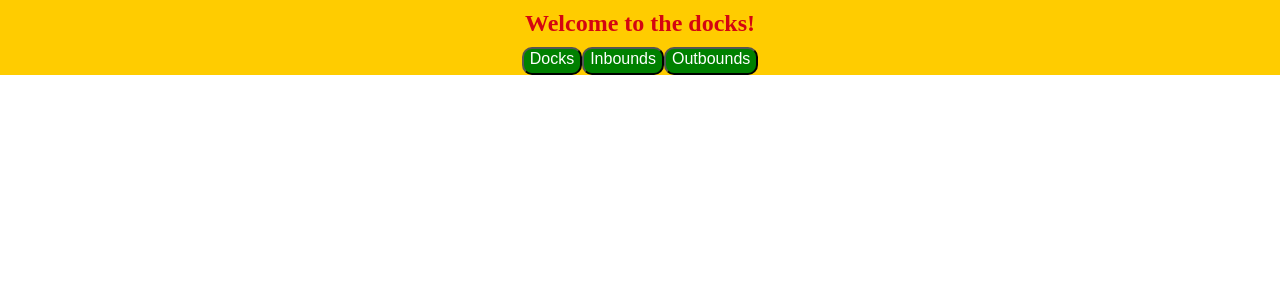
Repository: charliejp0311/java-final-proj
Page: dockWalk-frontend/index.html
These files come from the project's save history. The page is drawn as it stood at one moment and after the next save; the edit follows.
The browser window is 1280 px wide. The pictures show the whole page.
The page's requests for data from a server got no answer.

Above is the page before, as saved 2020-08-27 16:24:43.

### dockWalk-frontend/index.html
<!DOCTYPE html>
<html lang="en" dir="ltr">
    <head>
        <meta charset="utf-8">
        <link rel="stylesheet" href="style.css">
        <title>Dock Walk</title>
    </head>
    <body>
        <header>
            <h2>Welcome to the docks!</h2>
        </header>
        <main id="dock">

        </main>
    </body>
    <script type="application/javascript" src="src/index.js" charset="UTF-8"></script>
    <script type="application/javascript" src="src/dock.js" charset="UTF-8"></script>
</html>

### dockWalk-frontend/style.css
body {
    margin: 0;
    padding: 0;
}

header {
    background-color: #FFCC00;
    color: #D40511;
    text-align: center;
    margin: 0 auto;
    height: 75px;
}

header h2 {
    padding: 10px;
    margin: 0;
}

main {
    display: grid;
    grid-template-columns: 1fr;
    grid-template-rows: auto;
    grid-gap: 20px;
    padding-top: 10px;
    padding-bottom: 30px;
}

div.card {
    background-color: #eeeeee;
    height: 250px;
    width: 300px;
    box-shadow: 10px 10px grey;
    padding: 10px;
    border-radius: 10px;
}

p {
    font-size: 1.5em;
    color: black;
    font-family: Helvetica;
}

li {
    font-size: 1.05em;
    list-style: none;
    padding-right: 20px;
    text-align: center;
}

button {
    font-size: 1em;
    color: #fff;
    background-color: green;
    border-radius: 10px;
    padding-bottom: 5px;
}

button.release {
    float: right;
    background-color: #E1332D;
}

@media only screen and (min-width: 500px) {
    main {
        grid-template-columns: 1fr 1fr;
    }
}

@media only screen and (min-width: 850px) {
    main {
        grid-template-columns: 1fr 1fr 1fr 1fr;
    }
}

### dockWalk-frontend/src/index.js
document.addEventListener("DOMContentLoaded", function () {
    let h = document.getElementsByTagName('header')[0]
    let button1 = document.createElement('button')
    button1.innerText = "Docks"
    button1.addEventListener('click',fetchDocks())
    let button2 = document.createElement('button')
    button2.innerText = "Inbounds"
    let button3 = document.createElement('button')
    button3.innerText = "Outbounds"
    h.appendChild(button1)
    h.appendChild(button2)
    h.appendChild(button3)
});

### dockWalk-frontend/src/dock.js
let dockCard = (sec,ranges)=> {
    let body = document.getElementById('dock')
    let div = document.createElement('div')
    div.className = 'card'
    // div.addEventListener('click',sectionClick())
    div.innerText = sec.attributes.section
    let ul = document.createElement('ul')
    ul.innerText = "Door Ranges"
    for (const rng of ranges) {
        let li = document.createElement('li')
        // li.addEventListener('click',rangeClick())
        li.innerText = rng.attributes.range
        ul.appendChild(li)
    }
    div.appendChild(ul)
    body.appendChild(div)
}


let displayDocks = (docks) => {
    let d = docks.data
    let r = docks.included
    for (const section of d) {
        let rngs = r.filter(rng=>rng.relationships.dock.data.id === section.id)
        dockCard(section,rngs)
    }
}

let fetchDocks = () => {
    return fetch('http://localhost:3000/docks')
    .then(resp => resp.json())
    .then(json=> displayDocks(json))
}

After the next save:
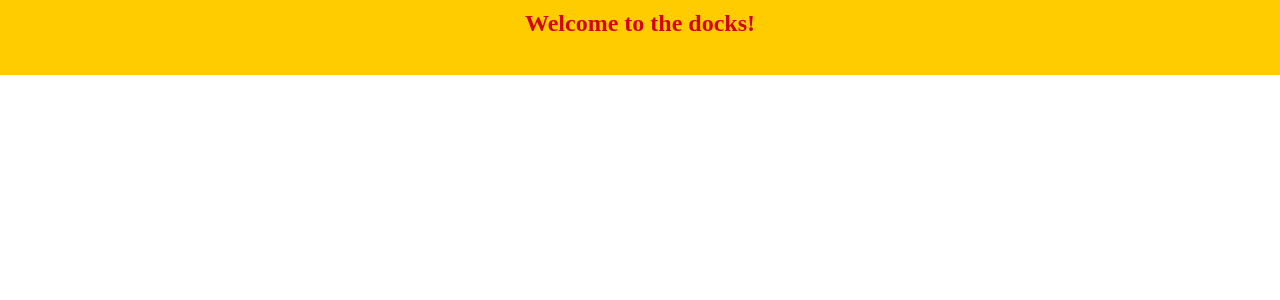
Console error: ReferenceError: fetchInbounds is not defined
Saved 48 s later.
--- a/dockWalk-frontend/src/index.js
+++ b/dockWalk-frontend/src/index.js
@@ -4,8 +4,10 @@
     button1.innerText = "Docks"
     button1.addEventListener('click',fetchDocks())
     let button2 = document.createElement('button')
+    button2.addEventListener('click',fetchInbounds())
     button2.innerText = "Inbounds"
     let button3 = document.createElement('button')
+    button3.addEventListener('click',fetchOutbounds())
     button3.innerText = "Outbounds"
     h.appendChild(button1)
     h.appendChild(button2)

After the save that followed:
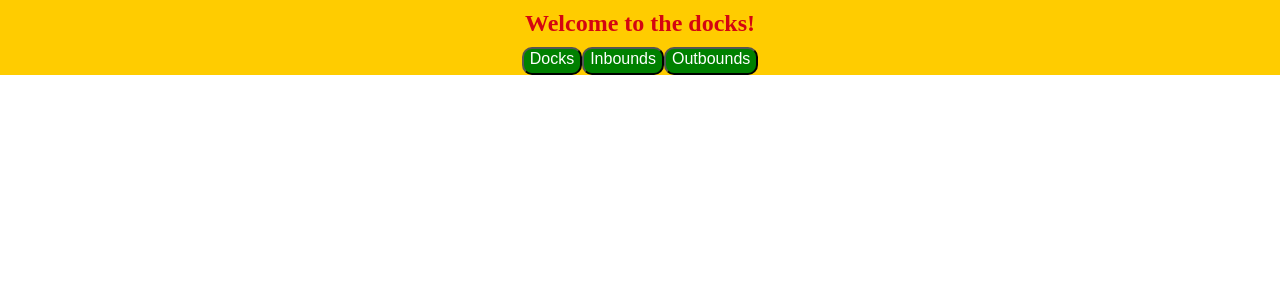
The error is gone.
Saved 18 s later.
--- a/dockWalk-frontend/src/index.js
+++ b/dockWalk-frontend/src/index.js
@@ -4,10 +4,10 @@
     button1.innerText = "Docks"
     button1.addEventListener('click',fetchDocks())
     let button2 = document.createElement('button')
-    button2.addEventListener('click',fetchInbounds())
+    // button2.addEventListener('click',fetchInbounds())
     button2.innerText = "Inbounds"
     let button3 = document.createElement('button')
-    button3.addEventListener('click',fetchOutbounds())
+    // button3.addEventListener('click',fetchOutbounds())
     button3.innerText = "Outbounds"
     h.appendChild(button1)
     h.appendChild(button2)
